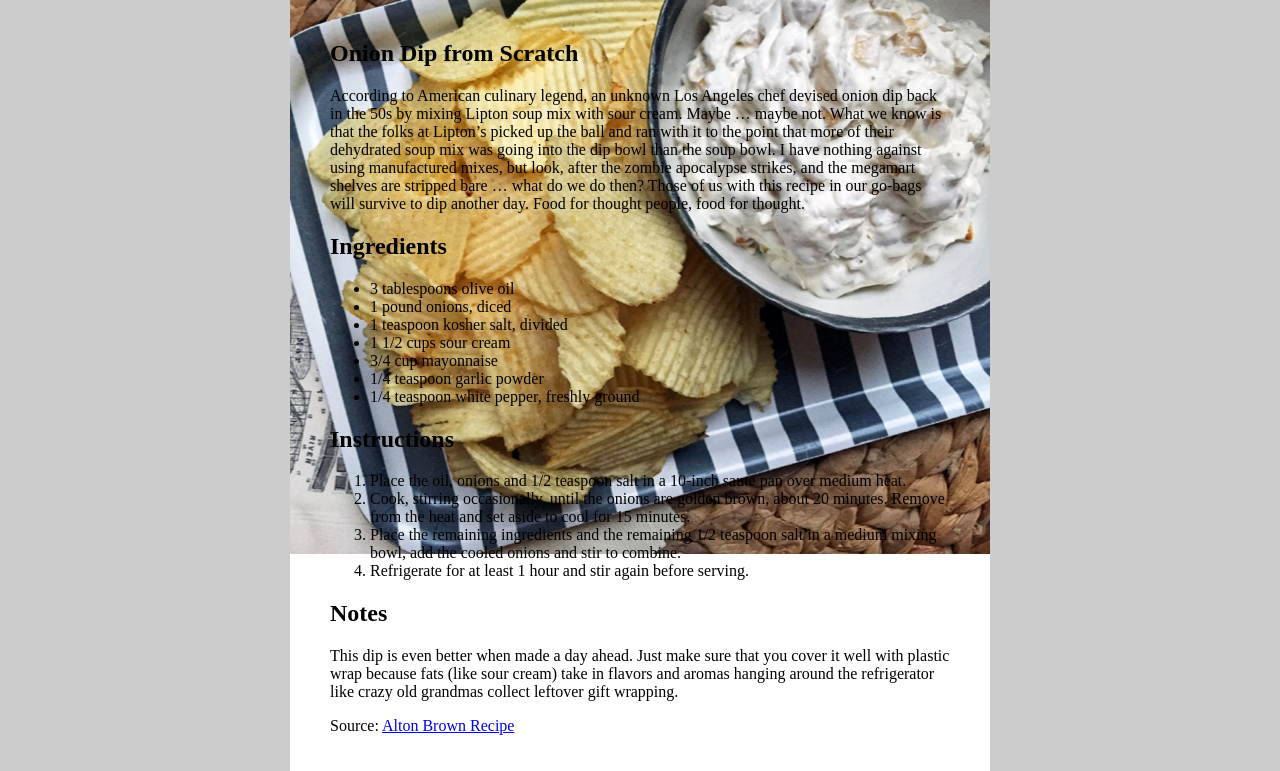
Repository: coltoncherry/mi349fs15
Page: week3/index.html
An editor plug-in stored every save of this project. The page is shown before and after the next save, followed by the edit.
The browser window is 1280 px wide. The pictures show the whole page.

Above is the page before, as saved 2015-09-23 01:16:32.

After the next save:
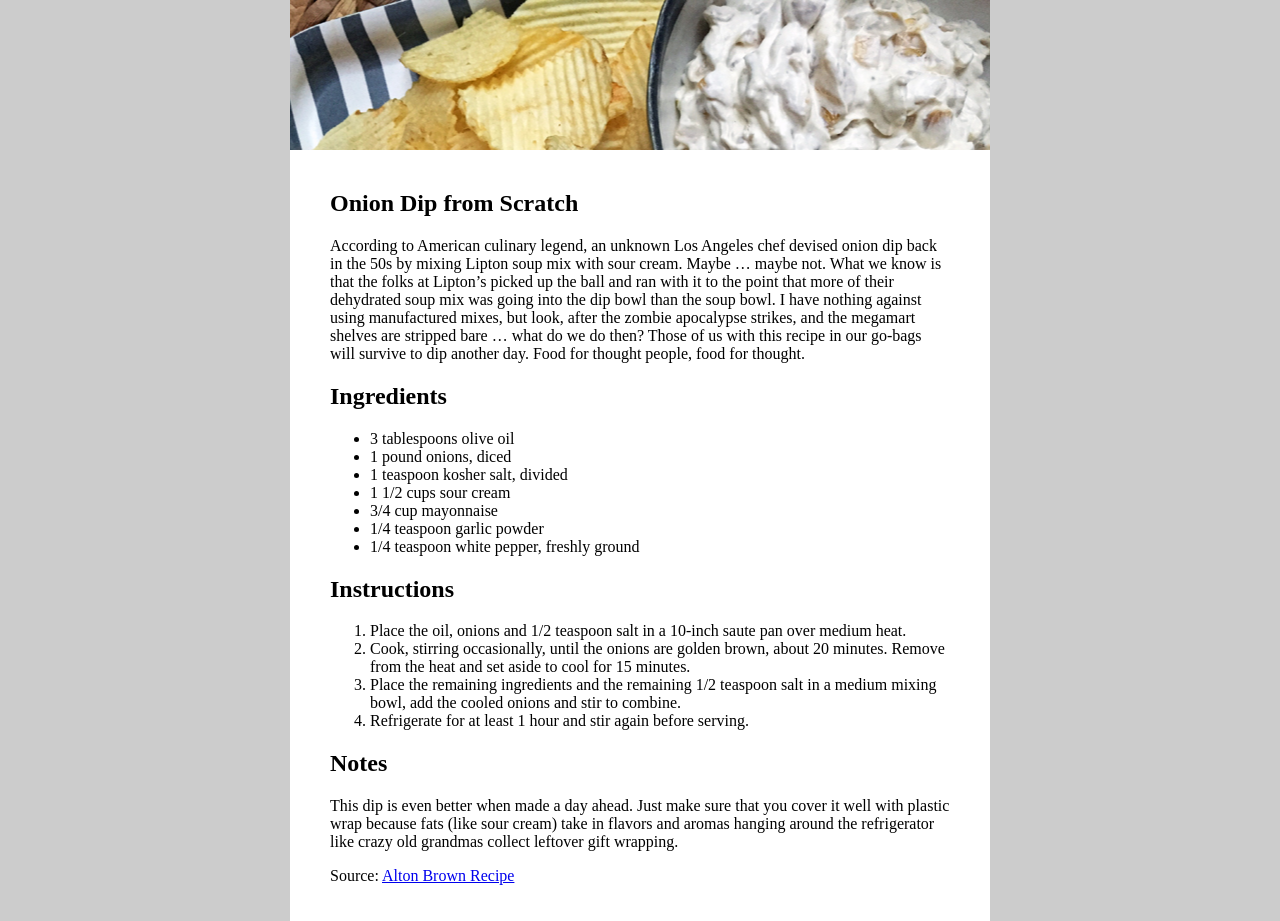
Saved 81 s later.
--- a/week3/css/style.css
+++ b/week3/css/style.css
@@ -6,10 +6,13 @@ body {
 .container{
 	margin: 0 auto;
 	width: 700px;
+	padding-top: 150px;
 	background: #fff url(images/alton-brown-onion-dip.jpg) no-repeat top center;
+	border-top:
 }
 
 
 .recipe{
 	padding: 20px 40px;
+	background: #fff;
 }
